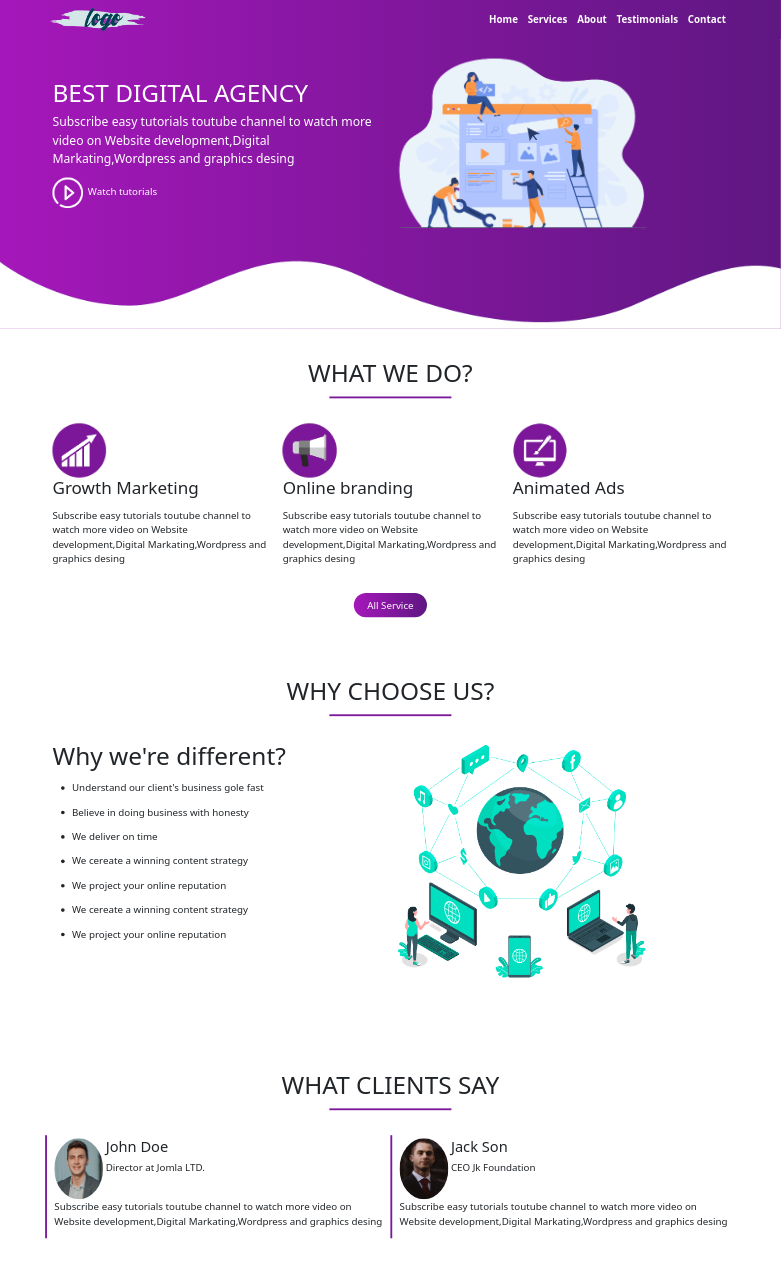
Repository: zjria/PSD-to-HTML-DIGITAL-AGENCY
Page: index.html
The author's editor kept a copy of each file at every save. The page is drawn from the files as they stood at one save, then again after the next save.
The browser window is 1280 px wide. The pictures show the whole page, at 61% of full size.
Some web libraries are served in a nearby version.

Above is the page before, as saved 2022-05-11 09:26:46.

After the next save:
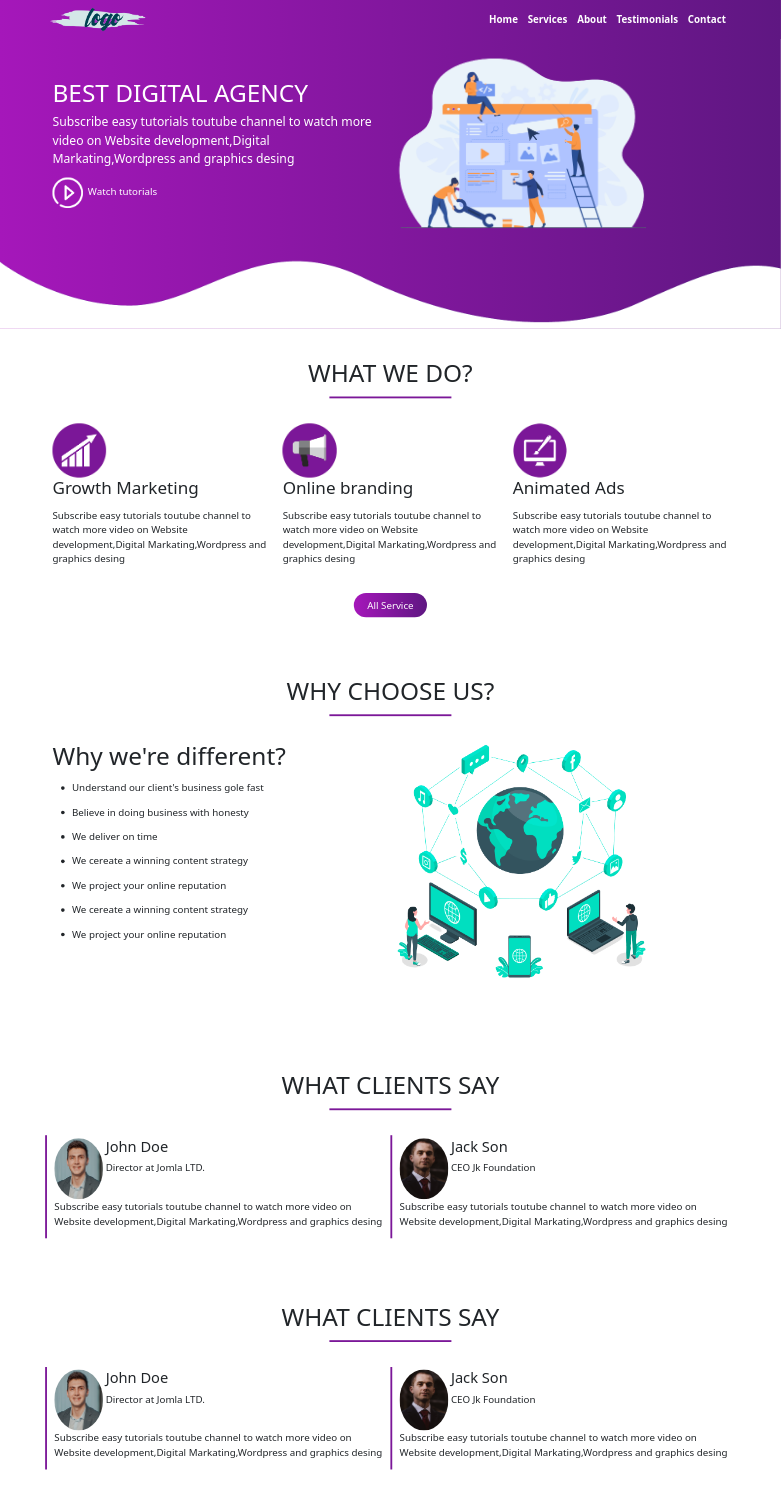
Saved 49 s later.
--- a/index.html
+++ b/index.html
@@ -157,7 +157,35 @@
     </section>
     <!-- Testimonial End -->
 
-
+    <!-- Social Section Start -->
+    <section class="Testimonial-section">
+      <div class="container p-3 py-5">
+        <div class="row">
+          <h1 class="title">WHAT CLIENTS SAY</h1>
+        </div>
+        <div class="row mt-5 man-img">
+          <div class="col-12 col-md-6 mb-2 cline-div-style">
+            <img src="img/man-1.png" alt="" class="img-fluid">
+            <span class="d-inline-block mt-1">
+              <h4>John Doe</h4>
+              <p>Director at Jomla LTD.</p>
+            </span>
+            <p>
+              Subscribe easy tutorials toutube channel to watch more video on Website development,Digital Markating,Wordpress and graphics desing</p>
+          </div>
+          <div class="col-12 col-md-6 mb-2 cline-div-style">
+            <img src="img/man-2.png" alt="" class="img-fluid">
+            <span class="d-inline-block mt-1">
+              <h4>Jack Son</h4>
+              <p>CEO Jk Foundation</p>
+            </span>
+            <p>
+              Subscribe easy tutorials toutube channel to watch more video on Website development,Digital Markating,Wordpress and graphics desing</p>
+          </div>
+        </div>
+      </div>
+    </section>
+    <!-- Social Section End -->
 
 
     <!-- Optional JavaScript; choose one of the two! -->
